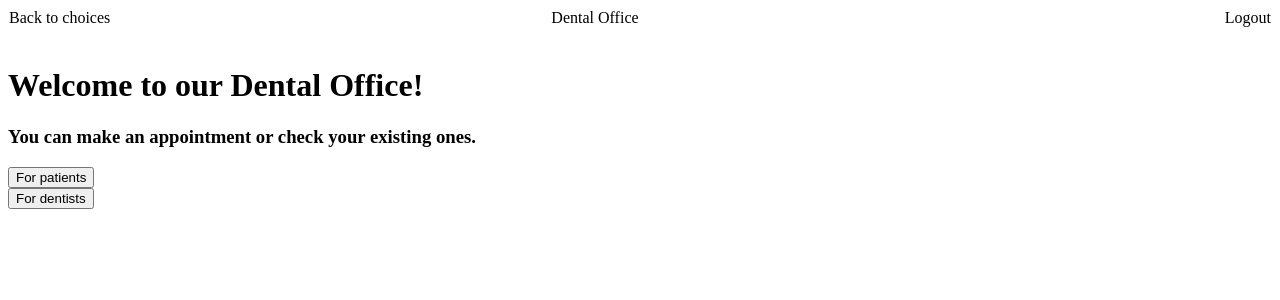
Repository: ThEgIGN/DentalOfficeWebApplication
Page: http://localhost/DentalOfficeWEB/
An editor plug-in stored every save of this project. The page is shown before and after the next save, followed by the edit.
The browser window is 1280 px wide. The pictures show the whole page.
The page is served by Tomcat 9. Nobody is signed in. The application's start-up code is not run. Other server files are loaded and not shown.

Above is the page before, as saved 2023-06-16 10:10:51.

### DentalOfficeProject/DentalOfficeWEB/src/main/webapp/index.jsp
<%@ page language="java" contentType="text/html; charset=ISO-8859-1"
	pageEncoding="ISO-8859-1"%>
<!DOCTYPE html>
<html>
<head>
<meta charset="ISO-8859-1">
<title>Dental Office Name</title>
</head>
<body>
	<table
		style="width: 100%; border-collapse: collapse;">
		<tr>
			<td style="text-align: left">Back to choices</td>
			<td>Dental Office</td>
			<td style="text-align: right">Logout</td>
		</tr>
	</table>
	<br>
	<h1>Welcome to our Dental Office!</h1>
	<h3>You can make an appointment or check your existing ones.</h3>
	<form action="/DentalOfficeWEB/patients/createPatient.jsp">
		<button type="submit">For patients</button>
	</form>
	<form action="/DentalOfficeWEB/dentists/loginDentist.jsp">
		<button type="submit">For dentists</button>
	</form>
</body>
</html>

After the next save:
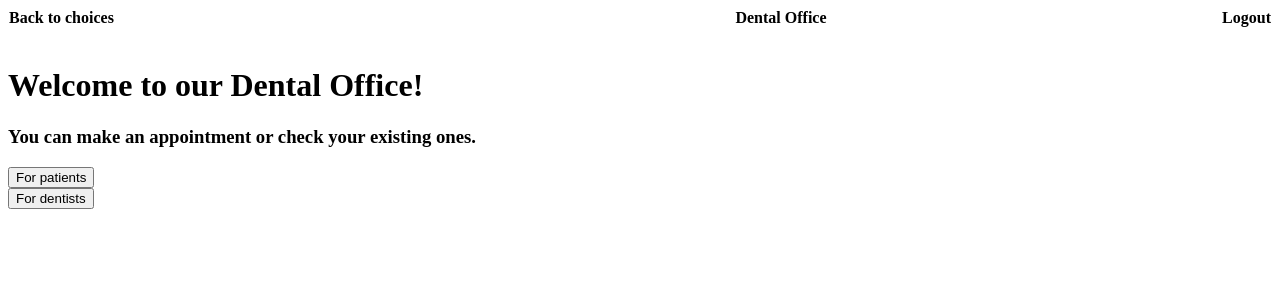
Saved 36 s later.
--- a/DentalOfficeProject/DentalOfficeWEB/src/main/webapp/index.jsp
+++ b/DentalOfficeProject/DentalOfficeWEB/src/main/webapp/index.jsp
@@ -10,9 +10,9 @@
 	<table
 		style="width: 100%; border-collapse: collapse;">
 		<tr>
-			<td style="text-align: left">Back to choices</td>
-			<td>Dental Office</td>
-			<td style="text-align: right">Logout</td>
+			<th style="text-align: left">Back to choices</th>
+			<th>Dental Office</th>
+			<th style="text-align: right">Logout</th>
 		</tr>
 	</table>
 	<br>

After the save that followed:
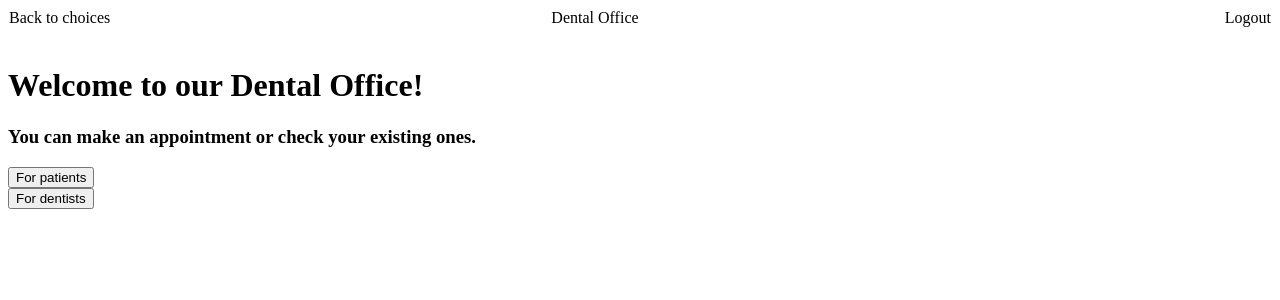
Saved 16 s later.
--- a/DentalOfficeProject/DentalOfficeWEB/src/main/webapp/index.jsp
+++ b/DentalOfficeProject/DentalOfficeWEB/src/main/webapp/index.jsp
@@ -10,9 +10,9 @@
 	<table
 		style="width: 100%; border-collapse: collapse;">
 		<tr>
-			<th style="text-align: left">Back to choices</th>
-			<th>Dental Office</th>
-			<th style="text-align: right">Logout</th>
+			<td style="text-align: left">Back to choices</td>
+			<td>Dental Office</td>
+			<td style="text-align: right">Logout</td>
 		</tr>
 	</table>
 	<br>
